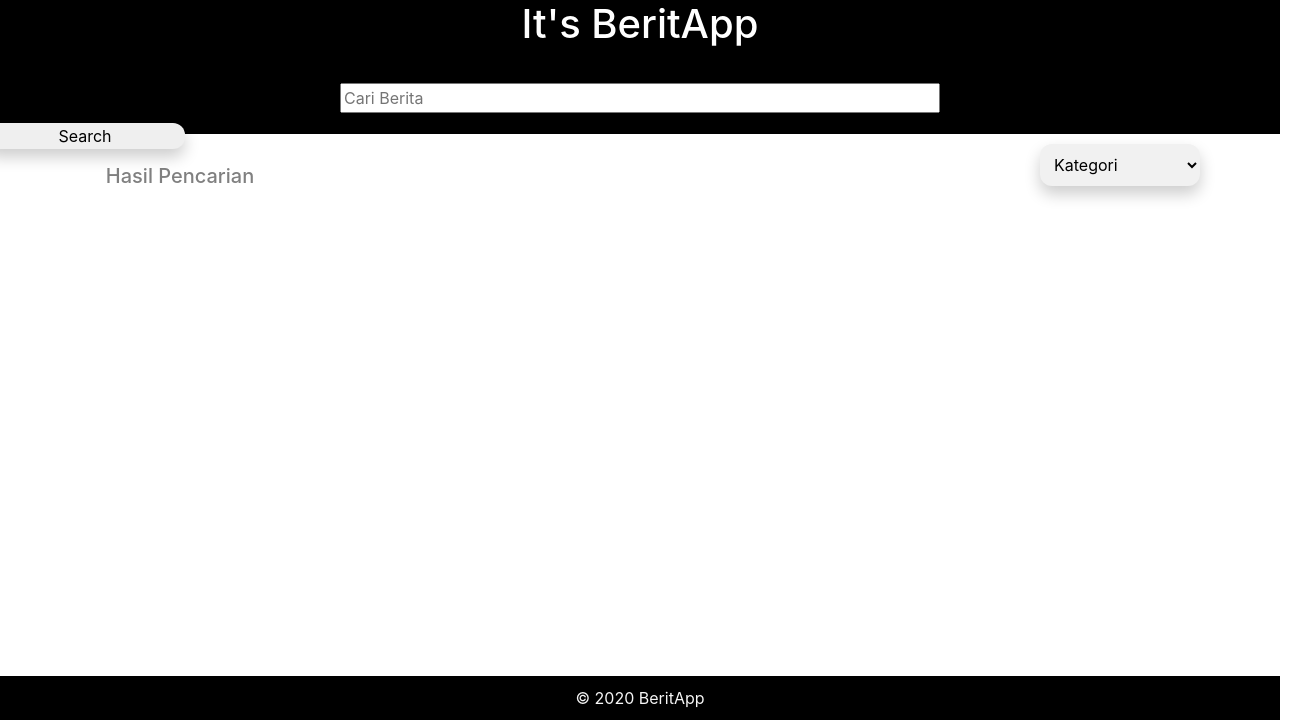
Repository: faalihnst/berita
Page: /
An editor plug-in stored every save of this project. The page is shown before and after the next save, followed by the edit.
The browser window is 1280 px wide. The page is 1295 px wide, so the pictures cover 1295 px, including what lies to the right of the window. The pictures show the whole page.
The project was rebuilt for these pictures with package versions that can differ from the ones it lists, and the page was loaded fresh each time.

Above is the page before, as saved 2020-06-05 07:42:09.

After the next save:
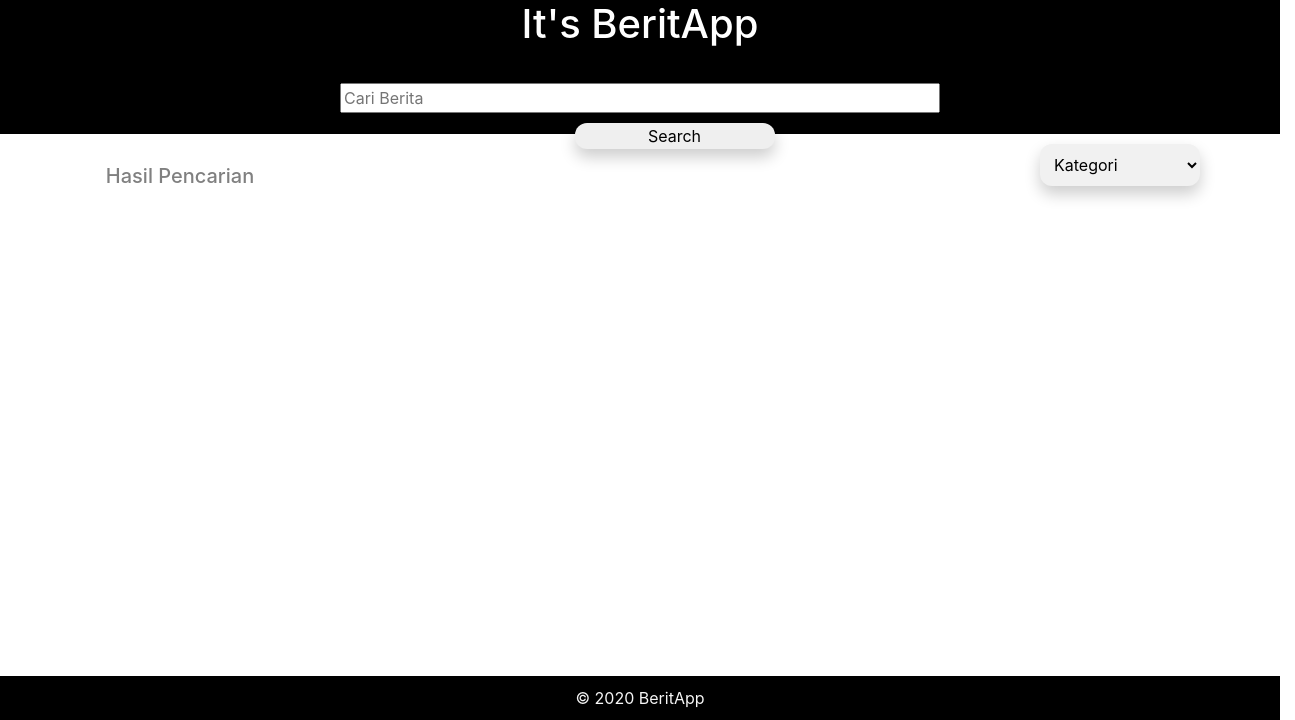
Saved 41 s later.
--- a/src/assets/style.css
+++ b/src/assets/style.css
@@ -102,7 +102,7 @@ input#npmBar{
 
 .button#search{
   margin-top: 0%;
-  margin-left: 0;
+  margin-left: 45%;
   width: 200px;
   border-radius: 12px;
   border: none;
--- a/src/pages/homepage.js
+++ b/src/pages/homepage.js
@@ -125,7 +125,7 @@ export default function Homepage() {
               </div>
             </div>
           </div>
-          <div className="row col-xs-1 text-center">
+          <div className="row">
             <input
               type="button"
               className="button col-xs-1 text-center"
